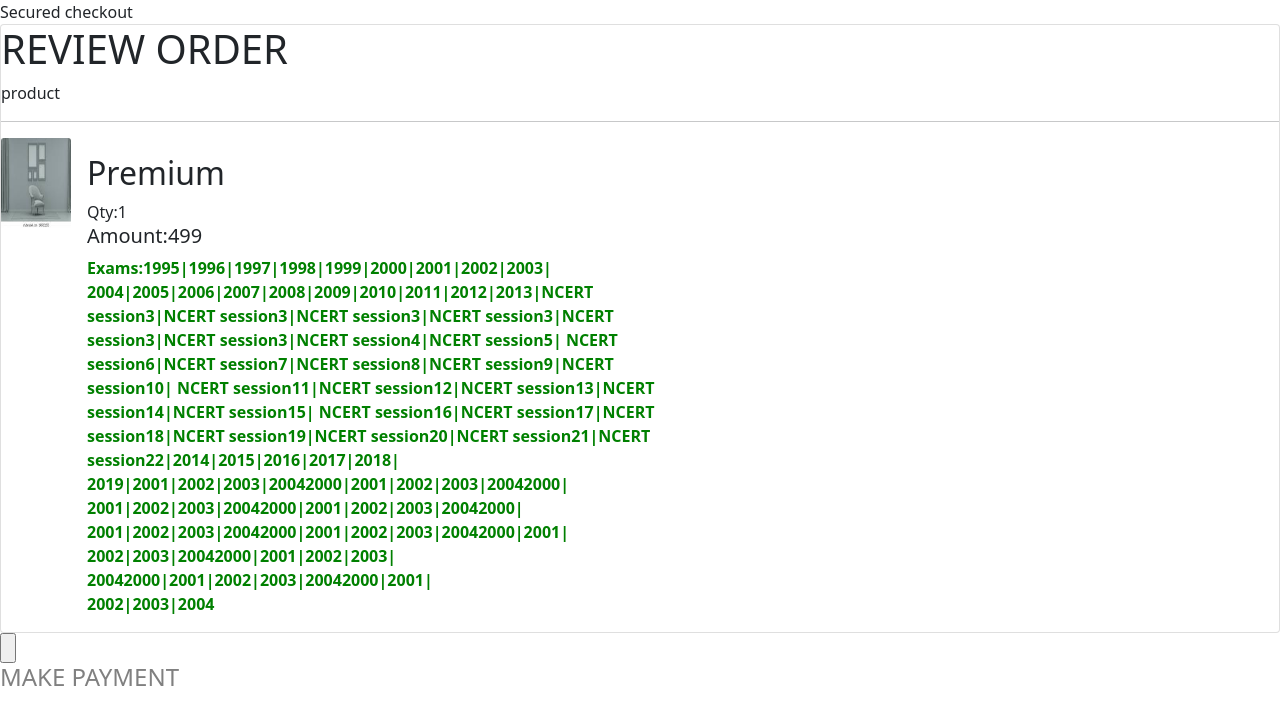
Repository: sreech465/e-prathibha
Page: /checkouts
The author's editor kept a copy of each file at every save. The page is drawn from the files as they stood at one save, then again after the next save.
The browser window is 1280 px wide. The pictures show the whole page.
The project was rebuilt for these pictures with package versions that can differ from the ones it lists, and the page was loaded fresh each time. Also part of the build but not shown: src/Redux/Actions.js, src/Components/Register.js, src/Components/Verify.js, src/Components/Header.js, src/Components/Login.js, src/Components/Popup.css, src/Components/Popup.js, src/Components/WritExam.css and 10 more.

Above is the page before, as saved 2022-10-18 19:17:37.

After the next save:
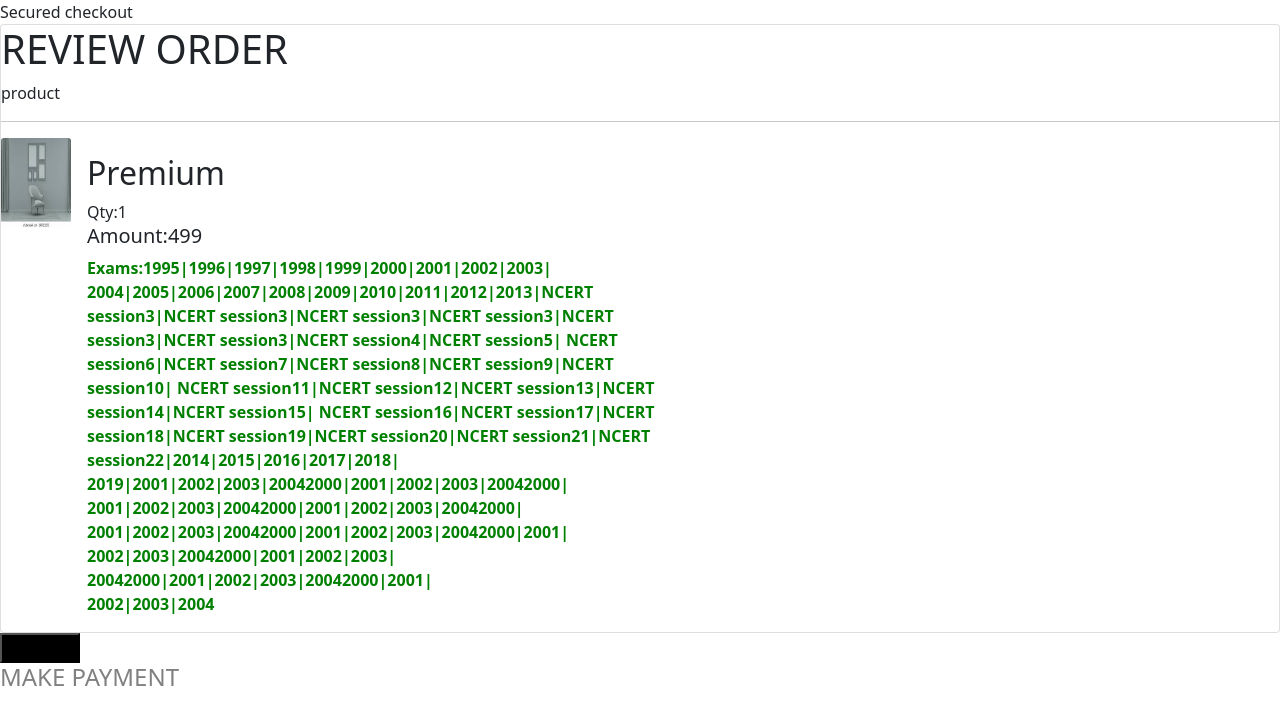
Saved 41 s later.
--- a/src/Components/Checkouts.js
+++ b/src/Components/Checkouts.js
@@ -58,7 +58,10 @@ const Checkouts = () => {
           </div>
         </div>
       </div>
-      <input type="button" />
+      <input
+        style={{ backgroundColor: "black", width: 80, height: 30 }}
+        type="button"
+      />
       <h4 style={{ color: "gray" }}>MAKE PAYMENT</h4>
     </>
   );
